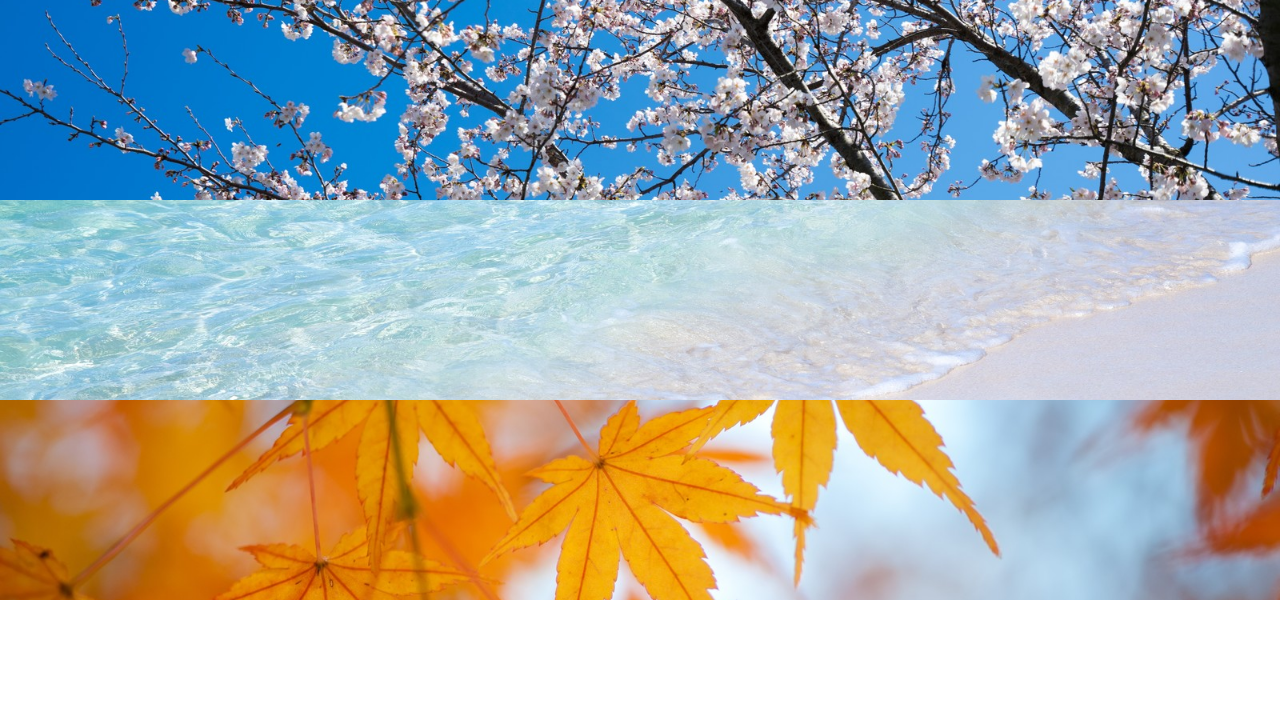
Repository: papisi-zu/book1
Page: exercises6/exercises6.html
The author's editor kept a record of every edit. The page is drawn from the files as they stood at one moment, then again after the next edit.
The browser window is 1280 px wide. The pictures show the whole page.

Above is the page before.

### exercises6/exercises6.html
<!DOCTYPE HTML>
<html lang="ja">
  <head>
    <meta charset="UTF-8" />
    <title>exercises6</title>
    <link rel="stylesheet" href="exercises6.css">
  </head>

  <body>
    <div class="main-visual-spring"></div>
    <div class="main-visual-summer"></div>
    <div class="main-visual-fall"></div>
    <div class="main-visual-winter"></div>
  </body>
</html>

### exercises6/exercises6.css
* {
  margin: 0;
  padding: 0;
  box-sizing: border-box;
}

.main-visual {
  width: 100%;
  height: 800px;
}

.main-visual-spring {
  width: 100%;
  height: 200px;
  background-image: url(img/box1.jpg);
  background-size: cover;
  background-position: center;
}

.main-visual-summer {
  width: 100%;
  height: 200px;
  background-image: url(img/box2.jpg);
  background-size: cover;
  background-position: center;
}

.main-visual-fall {
  width: 100%;
  height: 200px;
  background-image: url(img/box3.jpg);
  background-size: cover;
  background-position: center;
}

After the next edit:
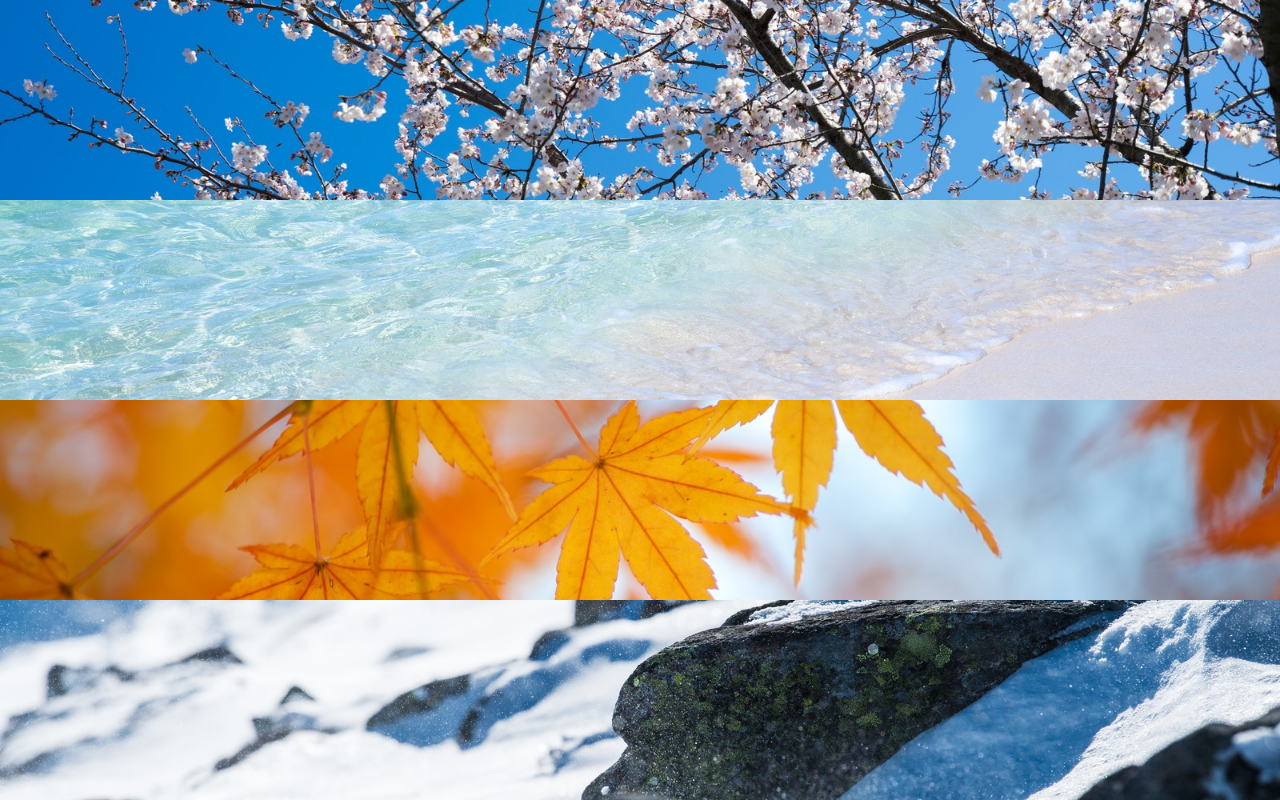
The edit:
--- a/exercises6/exercises6.css
+++ b/exercises6/exercises6.css
@@ -32,3 +32,11 @@
   background-size: cover;
   background-position: center;
 }
+
+.main-visual-winter {
+  width: 100%;
+  height: 200px;
+  background-image: url(img/box4.jpg);
+  background-size: cover;
+  background-position: center;
+}
